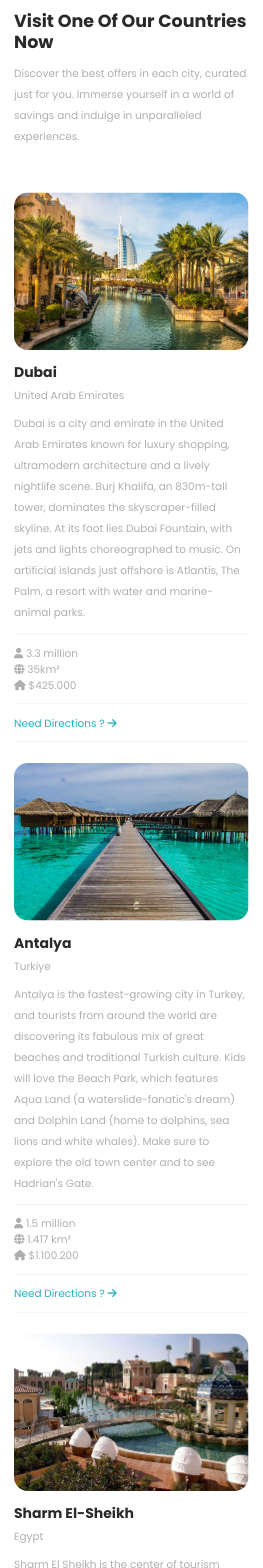
Repository: asadbekdev07/asadbekdev-zamontour-react
Page: /
These files come from the project's save history. The page is drawn as it stood at one moment and after the next save; the edit follows.
The browser window is 375 px wide. The pictures show the part of the page from y = 3770 to 6010 px (the page is 7254 px tall before and 7229 px after), at 70% of full size.
The project was rebuilt for these pictures with package versions that can differ from the ones it lists, and the page was loaded fresh each time. Also part of the build but not shown: vite.config.js.

Above is the page before, as saved 2024-05-26 20:27:32.

After the next save:
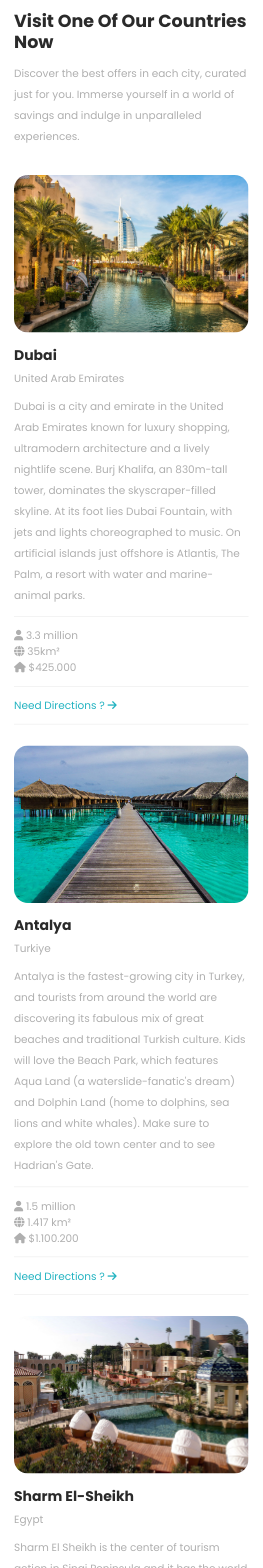
Saved 24 s later.
--- a/src/assets/styles/index.css
+++ b/src/assets/styles/index.css
@@ -1081,9 +1081,9 @@ select:-webkit-autofill:focus {
     line-height: 30px;
     margin-bottom: 15px;
   }
-  /* .visit__heading {
-    mb40
-  } */
+  .visit__content {
+    margin-bottom: 40px;
+  }
 }
 
 @media
